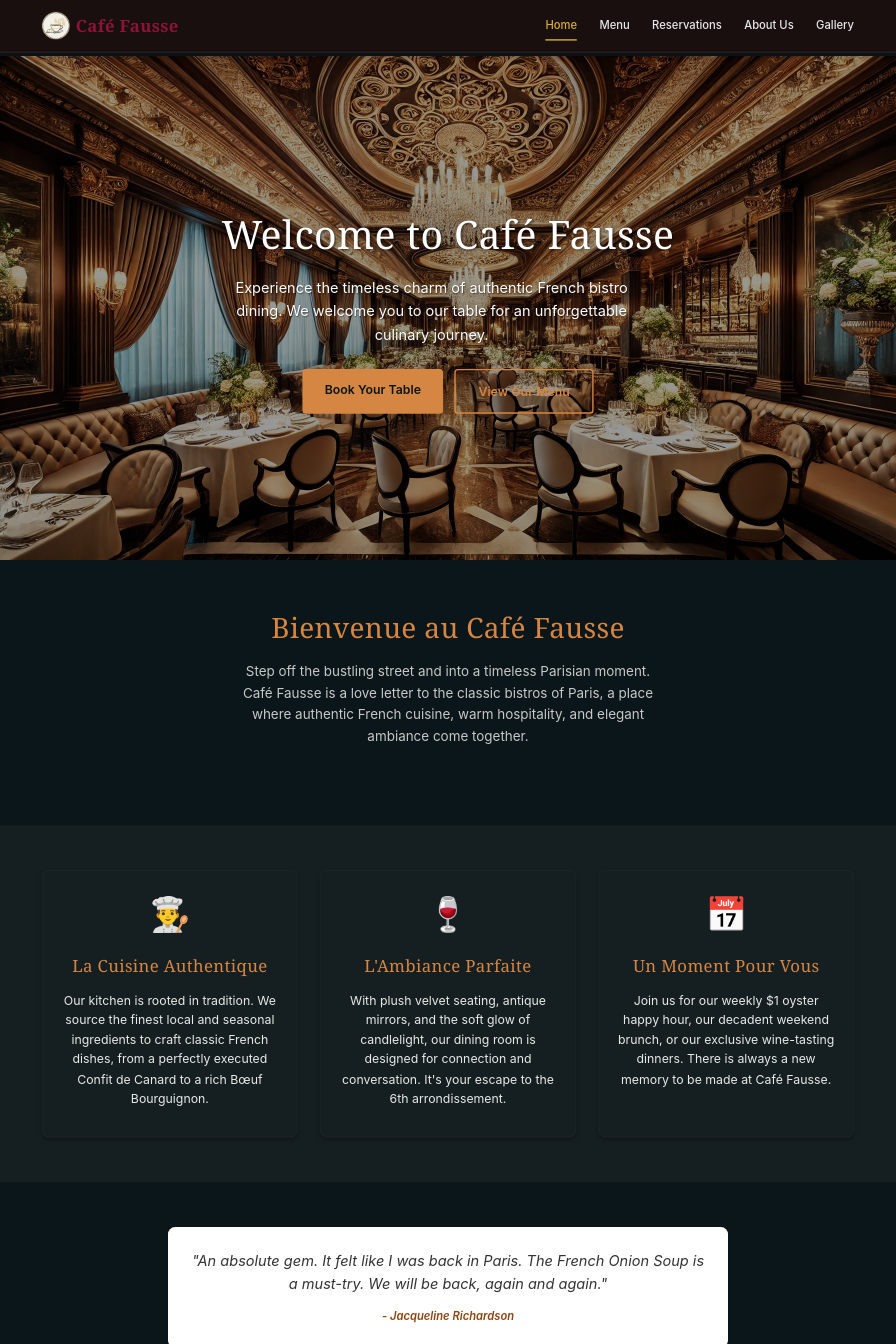
Repository: MatVanDenArt/MSSE-Cafe-Fausse
Page: / (app in frontend/)
An editor plug-in stored every save of this project. The page is shown before and after a run of saves, followed by the edit.
The browser window is 1280 px wide. The pictures show the part of the page from y = 0 to 1920 px (the page is 2973 px tall), at 70% of full size.
The page's requests for data from a server got no answer. The project was rebuilt for these pictures with package versions that can differ from the ones it lists, and the page was loaded fresh each time. No one was signed in, and anything a server would have sent is missing. Also part of the build but not shown: frontend/src/pages/Menu.css, frontend/src/pages/Menu.js, frontend/src/pages/Reservations.css, frontend/src/pages/Reservations.js, frontend/src/pages/About.css, frontend/src/pages/About.js, frontend/src/pages/Gallery.css, frontend/src/pages/Gallery.js.

Above is the page before, as saved 2025-10-26 15:19:26.

### frontend/src/App.js
import React from "react";
import { BrowserRouter as Router, Routes, Route } from "react-router-dom";
import "./App.css";

// Import components
import Header from "./components/Header";
import Footer from "./components/Footer";
import Home from "./pages/Home";
import Menu from "./pages/Menu";
import Reservations from "./pages/Reservations";
import About from "./pages/About";
import Gallery from "./pages/Gallery";

function App() {
  return (
    <Router>
      <div className="App">
        <Header />
        <main className="main-content">
          <Routes>
            <Route path="/" element={<Home />} />
            <Route path="/menu" element={<Menu />} />
            <Route path="/reservations" element={<Reservations />} />
            <Route path="/about" element={<About />} />
            <Route path="/gallery" element={<Gallery />} />
          </Routes>
        </main>
        <Footer />
      </div>
    </Router>
  );
}

export default App;

### frontend/src/App.css
/* Global Styles */
* {
  margin: 0;
  padding: 0;
  box-sizing: border-box;
}

@import url("https://fonts.googleapis.com/css2?family=Cormorant+Garamond:ital,wght@0,300;0,400;0,500;0,600;0,700;1,300;1,400;1,500;1,600&family=Inter:wght@300;400;500;600&family=Source+Sans+Pro:ital,wght@0,300;0,400;0,600;1,300;1,400&display=swap");

body {
  font-family: "Inter", "Source Sans Pro", "Helvetica Neue", "Arial", sans-serif;
  line-height: 1.6;
  color: #e8e8e8;
  background-color: #0b161a;
  font-weight: 400;
}

.App {
  min-height: 100vh;
  display: flex;
  flex-direction: column;
}

.main-content {
  flex: 1;
  padding-top: 80px; /* Account for fixed header */
}

/* Typography */
h1,
h2,
h3,
h4,
h5,
h6 {
  font-family: "Cormorant Garamond", "EB Garamond", "Georgia", "Times New Roman",
    serif;
  font-weight: 500;
  margin-bottom: 1rem;
  letter-spacing: 0.5px;
}

h1 {
  font-size: 2.5rem;
  color: #d58643;
}

h2 {
  font-size: 2rem;
  color: #d58643;
}

h3 {
  font-size: 1.5rem;
  color: #d58643;
}

p {
  margin-bottom: 1rem;
  font-size: 1.1rem;
  font-family: "Inter", "Source Sans Pro", "Helvetica Neue", "Arial", sans-serif;
}

/* Container */
.container {
  max-width: 1200px;
  margin: 0 auto;
  padding: 0 20px;
}

/* Grid System */
.grid {
  display: grid;
  gap: 2rem;
}

.grid-2 {
  grid-template-columns: repeat(auto-fit, minmax(300px, 1fr));
}

.grid-3 {
  grid-template-columns: repeat(auto-fit, minmax(250px, 1fr));
}

.grid-4 {
  grid-template-columns: repeat(auto-fit, minmax(200px, 1fr));
}

/* Flexbox Utilities */
.flex {
  display: flex;
}

.flex-center {
  display: flex;
  justify-content: center;
  align-items: center;
}

.flex-between {
  display: flex;
  justify-content: space-between;
  align-items: center;
}

.flex-column {
  display: flex;
  flex-direction: column;
}

/* Buttons */
.btn {
  display: inline-block;
  padding: 12px 24px;
  background-color: #d58643;
  color: #0b161a;
  text-decoration: none;
  border: none;
  border-radius: 5px;
  font-size: 1rem;
  font-weight: 600;
  cursor: pointer;
  transition: all 0.3s ease;
  text-align: center;
}

.btn:hover {
  background-color: #c0763a;
  transform: translateY(-2px);
  box-shadow: 0 4px 12px rgba(213, 134, 67, 0.4);
}

.btn-secondary {
  background-color: transparent;
  color: #d58643;
  border: 2px solid #d58643;
}

.btn-secondary:hover {
  background-color: #d58643;
  color: #0b161a;
}

.btn-large {
  padding: 16px 32px;
  font-size: 1.1rem;
}

/* Forms */
.form-group {
  margin-bottom: 1.5rem;
}

.form-label {
  display: block;
  margin-bottom: 0.5rem;
  font-weight: 600;
  color: #d58643;
}

.form-input,
.form-select,
.form-textarea {
  width: 100%;
  padding: 12px;
  border: 2px solid #151f21;
  border-radius: 5px;
  font-size: 1rem;
  transition: border-color 0.3s ease;
  background-color: #151f21;
  color: #e8e8e8;
}

.form-input:focus,
.form-select:focus,
.form-textarea:focus {
  outline: none;
  border-color: #d58643;
  box-shadow: 0 0 0 3px rgba(213, 134, 67, 0.1);
}

.form-textarea {
  resize: vertical;
  min-height: 100px;
}

/* Cards */
.card {
  background: #151f21;
  border-radius: 10px;
  box-shadow: 0 4px 6px rgba(0, 0, 0, 0.3);
  overflow: hidden;
  transition: transform 0.3s ease;
  border: 1px solid #1f2a2d;
}

.card:hover {
  transform: translateY(-5px);
}

.card-body {
  padding: 1.5rem;
}

.card-title {
  font-size: 1.25rem;
  margin-bottom: 0.5rem;
  color: #d58643;
}

.card-text {
  color: #c8c8c8;
  margin-bottom: 1rem;
}

/* Images */
.img-responsive {
  width: 100%;
  height: auto;
  display: block;
}

.img-rounded {
  border-radius: 10px;
}

/* Sections */
.section {
  padding: 4rem 0;
}

.section-dark {
  background-color: #0b161a;
  color: white;
}

.section-light {
  background-color: #151f21;
}

.section-title {
  text-align: center;
  margin-bottom: 3rem;
}

.section-title h2 {
  font-size: 2.5rem;
  margin-bottom: 1rem;
}

.section-title p {
  font-size: 1.2rem;
  color: #c8c8c8;
  max-width: 600px;
  margin: 0 auto;
}

/* Hero Section - Moved to Home.css */

.hero-content h1 {
  font-size: 3.5rem;
  margin-bottom: 1rem;
  color: white;
}

.hero-content p {
  font-size: 1.3rem;
  margin-bottom: 2rem;
  max-width: 600px;
}

.hero-buttons {
  display: flex;
  gap: 1rem;
  justify-content: center;
  flex-wrap: wrap;
}

/* Navigation */
.nav {
  background-color: white;
  box-shadow: 0 2px 10px rgba(0, 0, 0, 0.1);
  position: fixed;
  top: 0;
  left: 0;
  right: 0;
  z-index: 1000;
}

.nav-container {
  display: flex;
  justify-content: space-between;
  align-items: center;
  padding: 1rem 0;
}

.nav-logo {
  font-size: 1.5rem;
  font-weight: bold;
  color: #8b4513;
  text-decoration: none;
}

.nav-menu {
  display: flex;
  list-style: none;
  gap: 2rem;
}

.nav-link {
  color: #333;
  text-decoration: none;
  font-weight: 500;
  transition: color 0.3s ease;
}

.nav-link:hover {
  color: #8b4513;
}

/* Footer */
.footer {
  background-color: #333;
  color: white;
  padding: 3rem 0 1rem;
}

.footer-content {
  display: grid;
  grid-template-columns: repeat(auto-fit, minmax(250px, 1fr));
  gap: 2rem;
  margin-bottom: 2rem;
}

.footer-section h3 {
  color: #8b4513;
  margin-bottom: 1rem;
}

.footer-bottom {
  text-align: center;
  padding-top: 2rem;
  border-top: 1px solid #555;
  color: #ccc;
}

/* Responsive Design */
@media (max-width: 768px) {
  .container {
    padding: 0 15px;
  }

  .hero-content h1 {
    font-size: 2.5rem;
  }

  .hero-content p {
    font-size: 1.1rem;
  }

  .hero-buttons {
    flex-direction: column;
    align-items: center;
  }

  .nav-menu {
    flex-direction: column;
    gap: 1rem;
  }

  .grid-2,
  .grid-3,
  .grid-4 {
    grid-template-columns: 1fr;
  }

  h1 {
    font-size: 2rem;
  }

  h2 {
    font-size: 1.5rem;
  }
}

@media (max-width: 480px) {
  .hero-content h1 {
    font-size: 2rem;
  }

  .section {
    padding: 2rem 0;
  }

  .btn {
    padding: 10px 20px;
    font-size: 0.9rem;
  }
}

/* Utility Classes */
.text-center {
  text-align: center;
}

.text-left {
  text-align: left;
}

.text-right {
  text-align: right;
}

.mb-1 {
  margin-bottom: 0.5rem;
}
.mb-2 {
  margin-bottom: 1rem;
}
.mb-3 {
  margin-bottom: 1.5rem;
}
.mb-4 {
  margin-bottom: 2rem;
}

.mt-1 {
  margin-top: 0.5rem;
}
.mt-2 {
  margin-top: 1rem;
}
.mt-3 {
  margin-top: 1.5rem;
}
.mt-4 {
  margin-top: 2rem;
}

.p-1 {
  padding: 0.5rem;
}
.p-2 {
  padding: 1rem;
}
.p-3 {
  padding: 1.5rem;
}
.p-4 {
  padding: 2rem;
}

.hidden {
  display: none;
}

.visible {
  display: block;
}

### frontend/src/components/Header.js
import React, { useState } from "react";
import { Link, useLocation } from "react-router-dom";
import "./Header.css";

const Header = () => {
  const [isMenuOpen, setIsMenuOpen] = useState(false);
  const location = useLocation();

  const toggleMenu = () => {
    setIsMenuOpen(!isMenuOpen);
  };

  const closeMenu = () => {
    setIsMenuOpen(false);
  };

  const isActive = (path) => {
    return location.pathname === path ? "active" : "";
  };

  return (
    <nav className="nav">
      <div className="container">
        <div className="nav-container">
          <Link to="/" className="nav-logo" onClick={closeMenu}>
            <img
              src="/images/Logo - Cafe Fausse.png"
              alt="Café Fausse Logo"
              className="nav-logo-img"
            />
            <span className="nav-logo-text">Café Fausse</span>
          </Link>

          <div className={`nav-menu ${isMenuOpen ? "nav-menu-open" : ""}`}>
            <Link
              to="/"
              className={`nav-link ${isActive("/")}`}
              onClick={closeMenu}
            >
              Home
            </Link>
            <Link
              to="/menu"
              className={`nav-link ${isActive("/menu")}`}
              onClick={closeMenu}
            >
              Menu
            </Link>
            <Link
              to="/reservations"
              className={`nav-link ${isActive("/reservations")}`}
              onClick={closeMenu}
            >
              Reservations
            </Link>
            <Link
              to="/about"
              className={`nav-link ${isActive("/about")}`}
              onClick={closeMenu}
            >
              About Us
            </Link>
            <Link
              to="/gallery"
              className={`nav-link ${isActive("/gallery")}`}
              onClick={closeMenu}
            >
              Gallery
            </Link>
          </div>

          <button
            className="nav-toggle"
            onClick={toggleMenu}
            aria-label="Toggle navigation menu"
          >
            <span className="nav-toggle-line"></span>
            <span className="nav-toggle-line"></span>
            <span className="nav-toggle-line"></span>
          </button>
        </div>
      </div>
    </nav>
  );
};

export default Header;

### frontend/src/components/Footer.js
import React, { useState } from "react";
import "./Footer.css";

const Footer = () => {
  const [email, setEmail] = useState("");
  const [isSubscribed, setIsSubscribed] = useState(false);
  const [isLoading, setIsLoading] = useState(false);

  const handleNewsletterSubmit = async (e) => {
    e.preventDefault();
    if (!email) return;

    setIsLoading(true);
    try {
      const response = await fetch("http://localhost:5000/api/newsletter", {
        method: "POST",
        headers: {
          "Content-Type": "application/json",
        },
        body: JSON.stringify({ email }),
      });

      if (response.ok) {
        setIsSubscribed(true);
        setEmail("");
      } else {
        const error = await response.json();
        console.error("Newsletter signup error:", error);
      }
    } catch (error) {
      console.error("Newsletter signup error:", error);
    } finally {
      setIsLoading(false);
    }
  };

  return (
    <footer className="footer">
      <div className="container">
        <div className="footer-content">
          <div className="footer-section">
            <h3>Café Fausse</h3>
            <p>
              Experience the timeless charm of authentic French bistro dining.
              We welcome you to our table for an unforgettable culinary journey.
            </p>
          </div>

          <div className="footer-section">
            <h3>Contact Info</h3>
            <p>
              <strong>Address:</strong><br />
              1234 Culinary Ave, Suite 100<br />
              Washington, DC 20002
            </p>
            <p>
              <strong>Phone:</strong><br />
              (202) 555-4567
            </p>
          </div>

          <div className="footer-section">
            <h3>Hours</h3>
            <p>
              <strong>Monday – Saturday:</strong><br />
              5:00 PM – 11:00 PM
            </p>
            <p>
              <strong>Sunday:</strong><br />
              5:00 PM – 9:00 PM
            </p>
          </div>

          <div className="footer-section">
            <h3>Newsletter</h3>
            <p>Subscribe to our newsletter for updates and special offers.</p>
            {isSubscribed ? (
              <div className="newsletter-success">
                <p>Thank you for subscribing!</p>
              </div>
            ) : (
              <form onSubmit={handleNewsletterSubmit} className="newsletter-form">
                <input
                  type="email"
                  placeholder="Enter your email"
                  value={email}
                  onChange={(e) => setEmail(e.target.value)}
                  required
                  className="newsletter-input"
                />
                <button
                  type="submit"
                  disabled={isLoading}
                  className="btn btn-secondary newsletter-btn"
                >
                  {isLoading ? "Subscribing..." : "Subscribe"}
                </button>
              </form>
            )}
          </div>
        </div>

        <div className="footer-bottom">
          <p>&copy; 2024 Café Fausse. All rights reserved.</p>
        </div>
      </div>
    </footer>
  );
};

export default Footer;

### frontend/src/components/Header.css
.nav {
  background-color: #1a0f0f;
  box-shadow: 0 2px 10px rgba(0, 0, 0, 0.3);
  position: fixed;
  top: 0;
  left: 0;
  right: 0;
  z-index: 1000;
  border-bottom: 1px solid #3a2a2a;
}

.nav-container {
  display: flex;
  justify-content: space-between;
  align-items: center;
  padding: 1rem 0;
}

.nav-logo {
  display: flex;
  align-items: center;
  gap: 0.5rem;
  text-decoration: none;
  font-family: "Cormorant Garamond", "EB Garamond", "Georgia", "Times New Roman",
    serif;
  font-weight: 500;
  letter-spacing: 0.5px;
}

.nav-logo-img {
  height: 40px;
  width: auto;
}

.nav-logo-text {
  font-size: 1.5rem;
  font-weight: bold;
  color: #8b1538;
}

.nav-logo:hover .nav-logo-text {
  color: #d4af37;
}

.nav-menu {
  display: flex;
  list-style: none;
  gap: 2rem;
  margin: 0;
  padding: 0;
}

.nav-link {
  color: #e8e8e8;
  text-decoration: none;
  font-weight: 500;
  transition: color 0.3s ease;
  padding: 0.5rem 0;
  position: relative;
}

.nav-link:hover,
.nav-link.active {
  color: #d4af37;
}

.nav-link.active::after {
  content: "";
  position: absolute;
  bottom: 0;
  left: 0;
  right: 0;
  height: 2px;
  background-color: #d4af37;
}

.nav-toggle {
  display: none;
  flex-direction: column;
  background: none;
  border: none;
  cursor: pointer;
  padding: 0.5rem;
}

.nav-toggle-line {
  width: 25px;
  height: 3px;
  background-color: #8b1538;
  margin: 3px 0;
  transition: 0.3s;
}

/* Mobile Navigation */
@media (max-width: 768px) {
  .nav-toggle {
    display: flex;
  }

  .nav-menu {
    position: fixed;
    top: 100%;
    left: 0;
    right: 0;
    background-color: white;
    flex-direction: column;
    padding: 2rem;
    box-shadow: 0 2px 10px rgba(0, 0, 0, 0.1);
    transform: translateY(-100%);
    opacity: 0;
    visibility: hidden;
    transition: all 0.3s ease;
  }

  .nav-menu-open {
    transform: translateY(0);
    opacity: 1;
    visibility: visible;
  }

  .nav-link {
    padding: 1rem 0;
    border-bottom: 1px solid #eee;
    text-align: center;
  }

  .nav-link:last-child {
    border-bottom: none;
  }

  .nav-toggle-line:nth-child(1) {
    transform: rotate(45deg) translate(5px, 5px);
  }

  .nav-toggle-line:nth-child(2) {
    opacity: 0;
  }

  .nav-toggle-line:nth-child(3) {
    transform: rotate(-45deg) translate(7px, -6px);
  }
}

### frontend/src/components/Footer.css
.footer {
  background-color: #1a0f0f;
  color: #e8e8e8;
  padding: 3rem 0 1rem;
  margin-top: auto;
  border-top: 1px solid #3a2a2a;
}

.footer-content {
  display: grid;
  grid-template-columns: repeat(auto-fit, minmax(250px, 1fr));
  gap: 2rem;
  margin-bottom: 2rem;
}

.footer-section h3 {
  color: #d4af37;
  margin-bottom: 1rem;
  font-size: 1.2rem;
  font-family: "Cormorant Garamond", "EB Garamond", "Georgia", "Times New Roman",
    serif;
  font-weight: 500;
  letter-spacing: 0.5px;
}

.footer-section p {
  margin-bottom: 0.5rem;
  line-height: 1.6;
  color: #c8c8c8;
}

.footer-section strong {
  color: #d4af37;
}

.newsletter-form {
  display: flex;
  flex-direction: column;
  gap: 0.5rem;
  margin-top: 1rem;
}

.newsletter-input {
  padding: 0.75rem;
  border: 1px solid #3a2a2a;
  border-radius: 5px;
  background-color: #2a1a1a;
  color: #e8e8e8;
  font-size: 0.9rem;
}

.newsletter-input::placeholder {
  color: #ccc;
}

.newsletter-input:focus {
  outline: none;
  border-color: #d4af37;
}

.newsletter-btn {
  padding: 0.75rem;
  font-size: 0.9rem;
  border: 2px solid #d4af37;
  background-color: transparent;
  color: #d4af37;
}

.newsletter-btn:hover {
  background-color: #d4af37;
  color: #1a1a2e;
}

.newsletter-btn:disabled {
  opacity: 0.6;
  cursor: not-allowed;
}

.newsletter-success {
  background-color: #4caf50;
  padding: 1rem;
  border-radius: 5px;
  text-align: center;
  margin-top: 1rem;
}

.newsletter-success p {
  margin: 0;
  color: white;
  font-weight: 600;
}

.footer-bottom {
  text-align: center;
  padding-top: 2rem;
  border-top: 1px solid #3a2a2a;
  color: #a8a8a8;
}

.footer-bottom p {
  margin: 0;
  font-size: 0.9rem;
}

@media (max-width: 768px) {
  .footer {
    padding: 2rem 0 1rem;
  }

  .footer-content {
    grid-template-columns: 1fr;
    gap: 1.5rem;
  }

  .newsletter-form {
    flex-direction: column;
  }
}

### frontend/src/pages/Home.css
.home {
  min-height: 100vh;
}

.hero {
  height: 100vh;
  display: flex;
  align-items: center;
  justify-content: center;
  text-align: center;
  color: white;
  position: relative;
}

.hero-content h1 {
  font-size: 3.5rem;
  margin-bottom: 1rem;
  color: white;
  text-shadow: 2px 2px 4px rgba(0, 0, 0, 0.5);
}

.hero-content p {
  font-size: 1.3rem;
  margin-bottom: 2rem;
  max-width: 600px;
  text-shadow: 1px 1px 2px rgba(0, 0, 0, 0.5);
}

.hero-buttons {
  display: flex;
  gap: 1rem;
  justify-content: center;
  flex-wrap: wrap;
}

.pillar-icon {
  font-size: 3rem;
  margin-bottom: 1rem;
}

.testimonial {
  text-align: center;
  max-width: 800px;
  margin: 0 auto;
  padding: 2rem;
  background: white;
  border-radius: 10px;
  box-shadow: 0 4px 6px rgba(0, 0, 0, 0.1);
}

.testimonial blockquote {
  font-size: 1.3rem;
  font-style: italic;
  margin-bottom: 1rem;
  color: #333;
  line-height: 1.6;
}

.testimonial cite {
  font-size: 1rem;
  color: #8b4513;
  font-weight: 600;
}

.contact-info {
  background: white;
  padding: 2rem;
  border-radius: 10px;
  box-shadow: 0 4px 6px rgba(0, 0, 0, 0.1);
}

.contact-info h3 {
  color: #8b4513;
  margin-bottom: 1rem;
}

.contact-info p {
  margin-bottom: 0.5rem;
  color: #666;
}

@media (max-width: 768px) {
  .hero-content h1 {
    font-size: 2.5rem;
  }

  .hero-content p {
    font-size: 1.1rem;
  }

  .hero-buttons {
    flex-direction: column;
    align-items: center;
  }

  .pillar-icon {
    font-size: 2.5rem;
  }

  .testimonial {
    padding: 1.5rem;
  }

  .testimonial blockquote {
    font-size: 1.1rem;
  }

  .contact-info {
    padding: 1.5rem;
  }
}

@media (max-width: 480px) {
  .hero-content h1 {
    font-size: 2rem;
  }

  .hero-content p {
    font-size: 1rem;
  }

  .testimonial {
    padding: 1rem;
  }

  .testimonial blockquote {
    font-size: 1rem;
  }
}

Loaded but not shown: frontend/public/index.html (common file); frontend/src/index.js (common file); frontend/src/index.css (common file); frontend/src/reportWebVitals.js (common file); frontend/src/pages/Home.js (180 lines, source omitted)

After the next 3 saves:
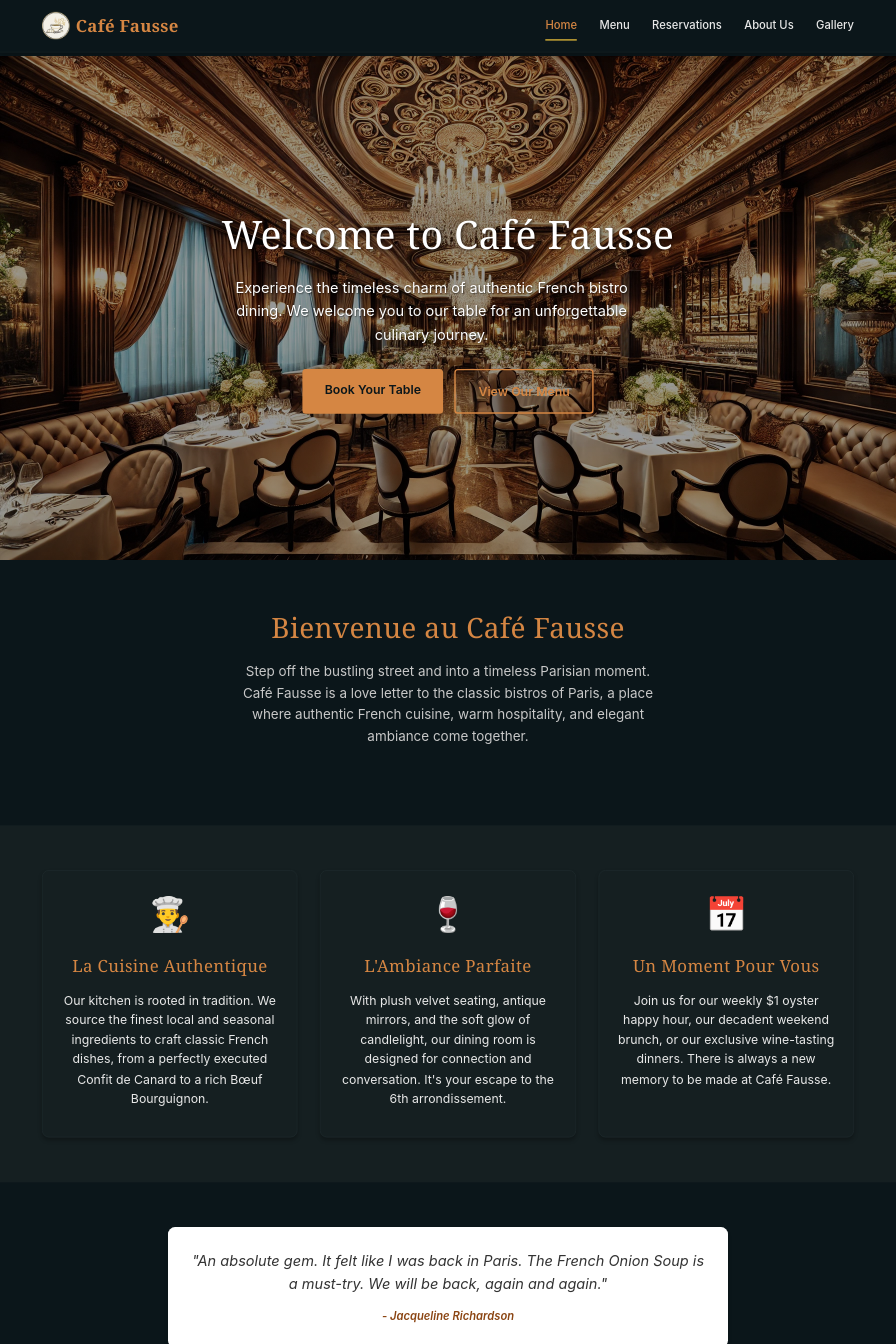
The 3 saves are shown as one change because they came seconds apart.
The last was saved 10 s later.
--- a/frontend/src/components/Header.css
+++ b/frontend/src/components/Header.css
@@ -1,12 +1,12 @@
 .nav {
-  background-color: #1a0f0f;
+  background-color: #0b161a;
   box-shadow: 0 2px 10px rgba(0, 0, 0, 0.3);
   position: fixed;
   top: 0;
   left: 0;
   right: 0;
   z-index: 1000;
-  border-bottom: 1px solid #3a2a2a;
+  border-bottom: 1px solid #151f21;
 }
 
 .nav-container {
@@ -35,11 +35,11 @@
 .nav-logo-text {
   font-size: 1.5rem;
   font-weight: bold;
-  color: #8b1538;
+  color: #d58643;
 }
 
 .nav-logo:hover .nav-logo-text {
-  color: #d4af37;
+  color: #c0763a;
 }
 
 .nav-menu {
@@ -61,7 +61,7 @@
 
 .nav-link:hover,
 .nav-link.active {
-  color: #d4af37;
+  color: #d58643;
 }
 
 .nav-link.active::after {
